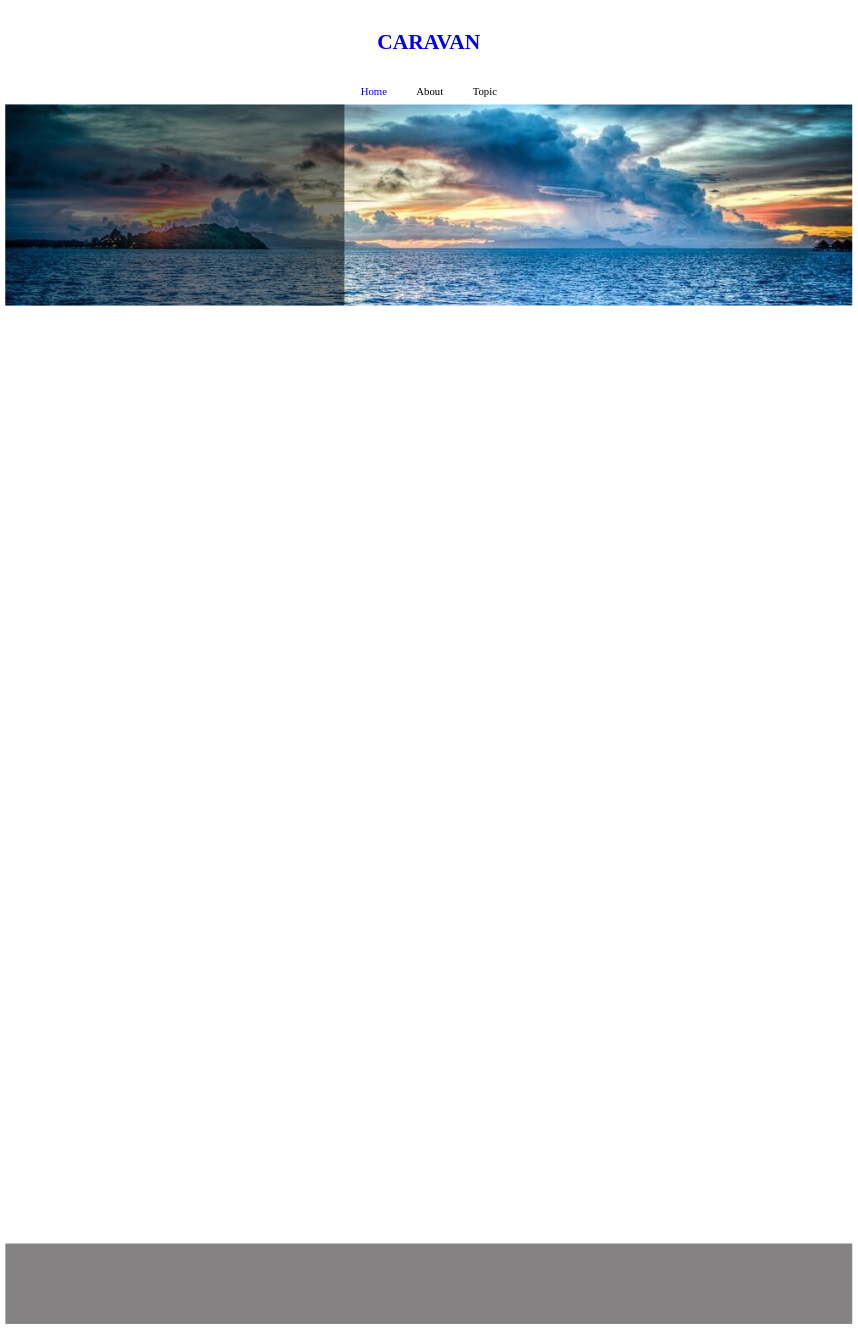
Repository: t-sato-infratop/environment
Page: caravan/index.html
The author's editor kept a record of every edit. The page is drawn from the files as they stood at one moment, then again after the next edit.
The browser window is 1280 px wide. The pictures show the whole page, at 67% of full size.

Above is the page before.

After the next edit:
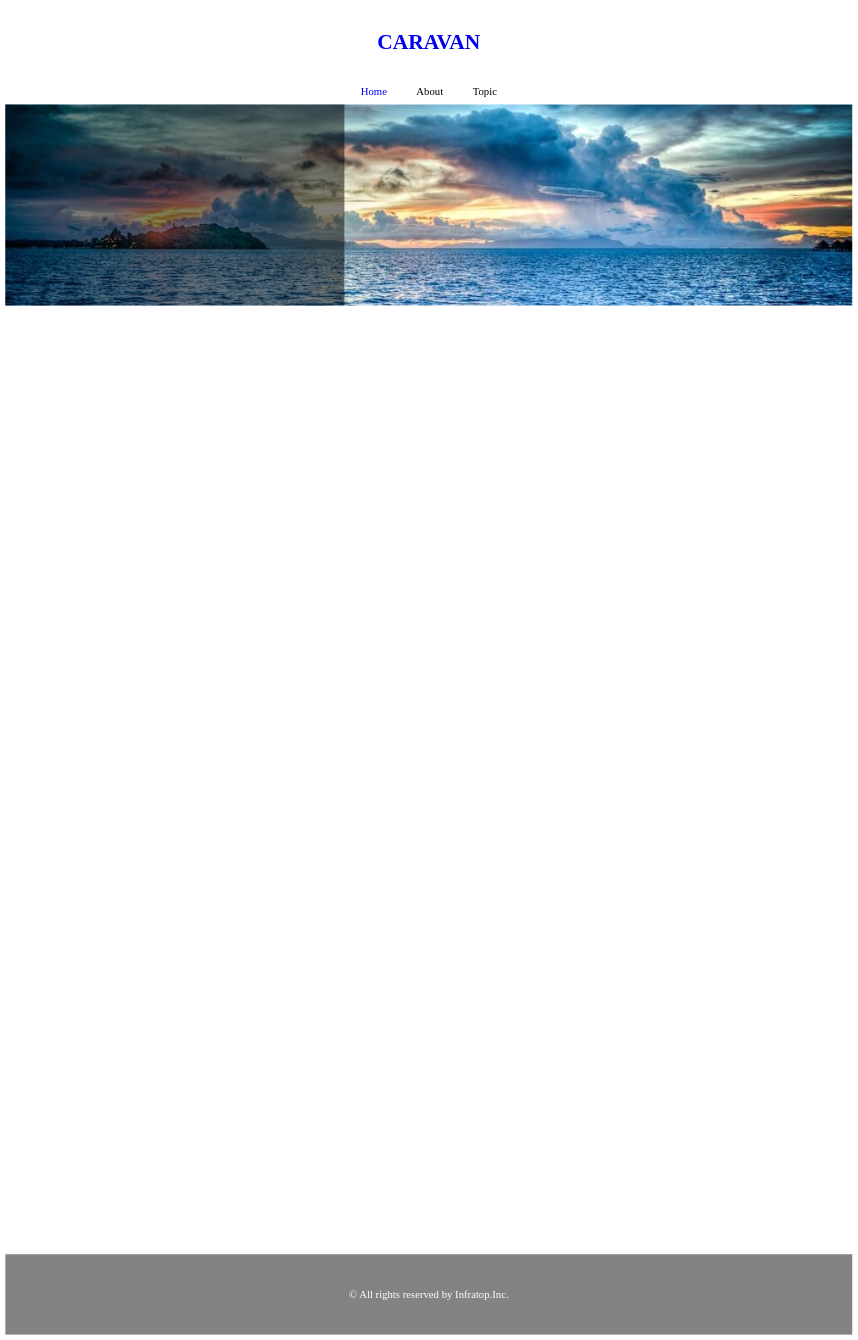
The edit:
--- a/caravan/index.html
+++ b/caravan/index.html
@@ -32,6 +32,9 @@
       <div class="blog"></div>
       <div class="sidebar"></div>
     </div>
-    <footer></footer>
+
+    <footer>
+      <p class="footer-text">© All rights reserved by Infratop.Inc.</p>
+    </footer>
   </body>
 </html>
